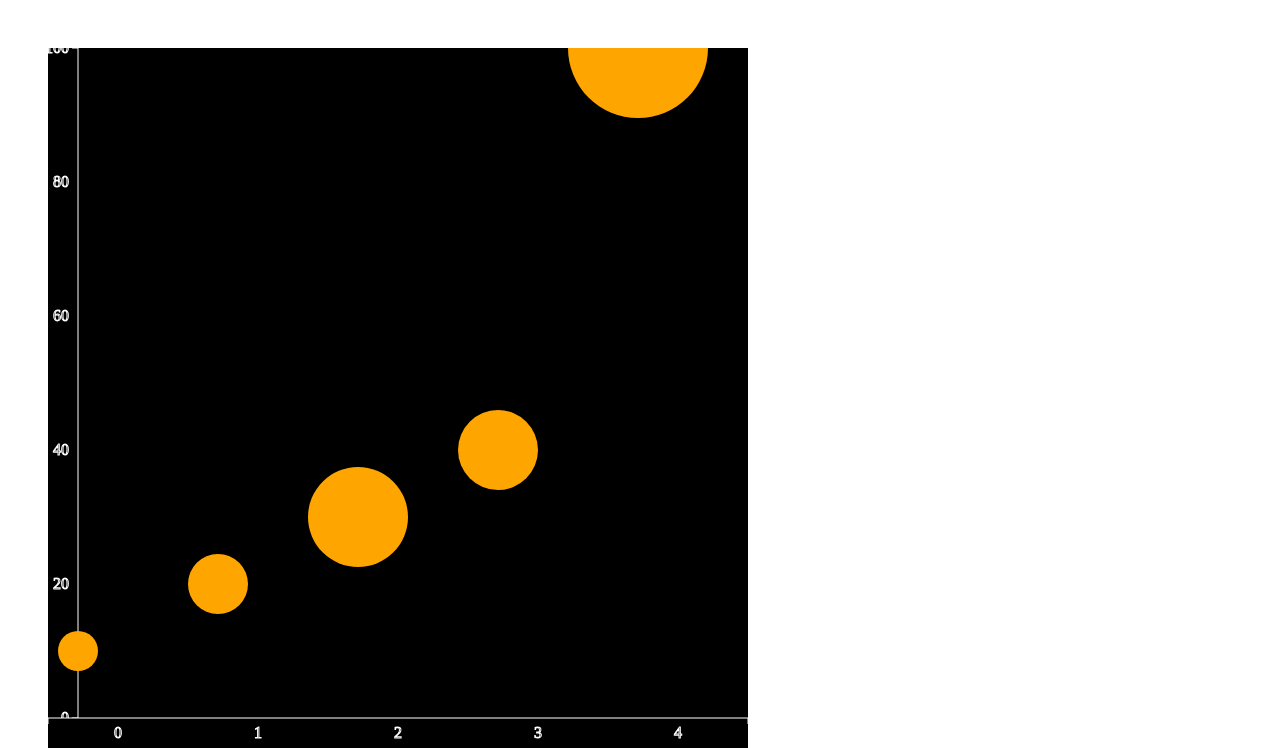
Repository: ajaytech/D3-sample-code
Page: D3 codes/D3Bubble.html
The author's editor kept a record of every edit. The page is drawn from the files as they stood at one moment, then again after the next edit.
The browser window is 1280 px wide. The pictures show the whole page.

Above is the page before.

After the next edit:
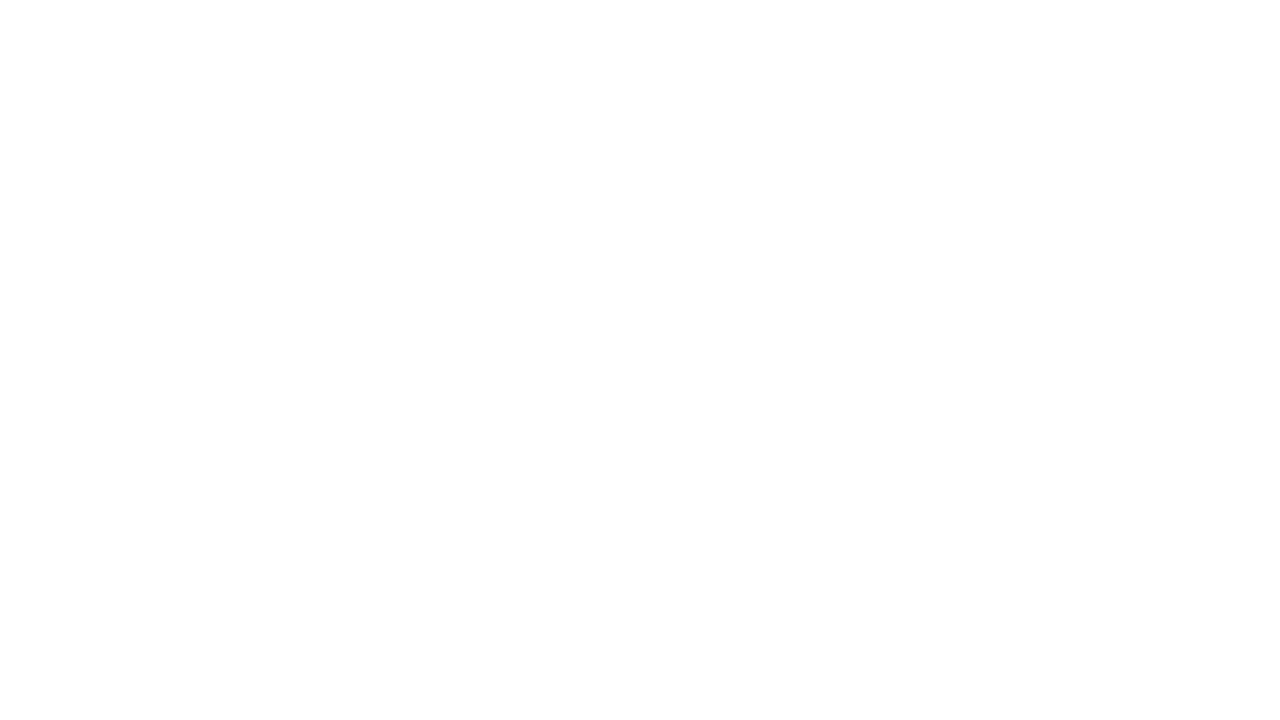
Console error: SyntaxError: Unexpected token ')'
The edit:
--- a/D3 codes/D3Bubble.html
+++ b/D3 codes/D3Bubble.html
@@ -98,7 +98,7 @@
                 }).on('mouseover',function(d){
 
                     tooltip.transition().style('opacity',1);
-                    tooltip.html(d)
+                    tooltip.html(d+)
                     .style('left',(d3.event.pageX)+"px")
                     .style('top',(d3.event.pageY)+"px");
 

After the 2 edits that followed:
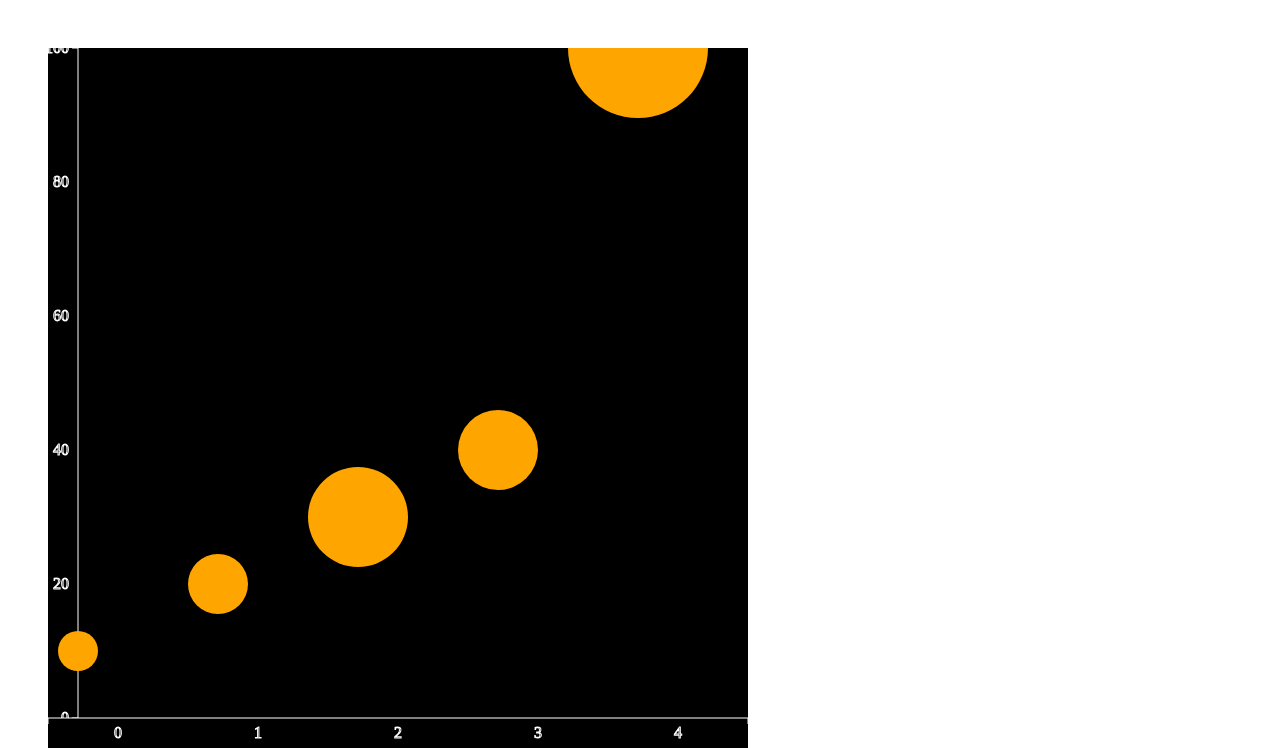
The error is gone.
The 2 edits are shown as one change because 1 left the picture as it was.
The edit:
--- a/D3 codes/D3Bubble.html
+++ b/D3 codes/D3Bubble.html
@@ -95,10 +95,10 @@
                 })
                 .attr("cx",function(d,i){
                     return x(i);
-                }).on('mouseover',function(d){
+                }).on('mouseover',function(d,i){
 
                     tooltip.transition().style('opacity',1);
-                    tooltip.html(d+)
+                    tooltip.html(d)
                     .style('left',(d3.event.pageX)+"px")
                     .style('top',(d3.event.pageY)+"px");
 
